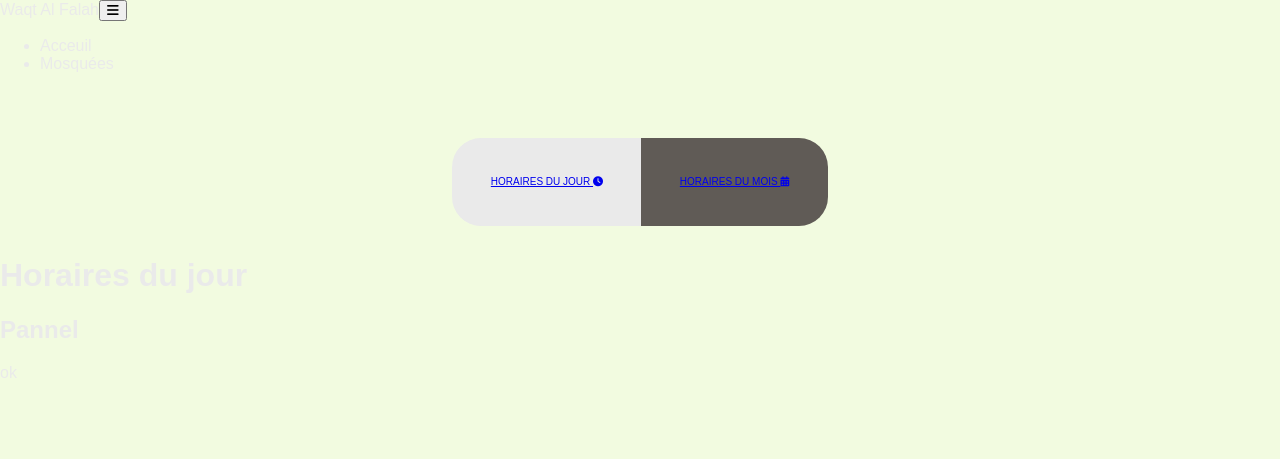
Repository: Lhourquin/Repo-Developpement-React-Prayer-Times
Page: /
The author's editor kept a copy of each file at every save. The page is drawn from the files as they stood at one save, then again after a run of saves.
The browser window is 1280 px wide. The pictures show the whole page.
The page's requests for data from a server got no answer. Some web libraries are served in a nearby version. The project was rebuilt for these pictures with package versions that can differ from the ones it lists, and the page was loaded fresh each time. No one was signed in, and anything a server would have sent is missing. Also part of the build but not shown: src/components/navbar/NavBar.css, src/components/search-bar/searchbar.css, src/components/calendar-list/row-list.css, src/components/calendar-list/row-list.component.jsx, src/components/Calendar.js, src/components/day-list/horaireslist.css, src/components/time-table-pannel/pannel.css, src/components/DateNow.js.

Above is the page before, as saved 2022-01-30 17:22:31.

### public/index.html
<!doctype html>
<html lang="en">
  <head>
    <meta charset="utf-8">
    <meta name="viewport" content="width=device-width, initial-scale=1">
    <!--
      Notice the use of %PUBLIC_URL% in the tag above.
      It will be replaced with the URL of the `public` folder during the build.
      Only files inside the `public` folder can be referenced from the HTML.

      Unlike "/favicon.ico" or "favicon.ico", "%PUBLIC_URL%/favicon.ico" will
      work correctly both with client-side routing and a non-root public URL.
      Learn how to configure a non-root public URL by running `npm run build`.

    -->
    <script src="https://kit.fontawesome.com/565d41f5d4.js" crossorigin="anonymous"></script>
    <title>React App</title>
  </head>
  <body>
    <div id="root"></div>
    <!--
      This HTML file is a template.
      If you open it directly in the browser, you will see an empty page.

      You can add webfonts, meta tags, or analytics to this file.
      The build step will place the bundled scripts into the <body> tag.

      To begin the development, run `npm start`.
      To create a production bundle, use `npm run build`.
    -->
  </body>
</html>

### src/index.js
import React from 'react';
import ReactDOM from 'react-dom';
import App from './App';
import { BrowserRouter } from 'react-router-dom';
import './index.css';


ReactDOM.render(
  <BrowserRouter>
    <App />
  </BrowserRouter>,
  document.getElementById('root')
);

### src/App.js
import React, { Component } from "react";
import { NavBar } from "./components/navbar/NavBar";
import { SearchBar } from "./components/search-bar/SearchBar";
import NavBarTodayAndMounth from "./components/navbar-today-mounth/NavBarTodayAndMounth";
import Calendar from "./components/Calendar";
import Day from "./components/Day";
import { Routes, Route} from "react-router-dom";

//import { HorairesList } from "./components/day-list/horaires.list";
import "./App.css";

class App extends Component {
  render() {
    return (
      <>
      <header>
        <NavBar/>
          <SearchBar/>
          <NavBarTodayAndMounth />
      </header>


          <Routes>
            <Route path="/" element={<Day/>} />
            <Route path="/calendar" element={<Calendar/>}/>
          </Routes>
      </>
    );
  }
}

export default App;

### src/components/navbar/NavBar.js
import React, { useState } from "react";
import "./NavBar.css";

export const NavBar = () => {
  const [buttonBurgerIsClicked, setButtonBurgerIsClicked] = useState(false);

  const handleNavButtonBurgerClick = () => {
    setButtonBurgerIsClicked((isFalse) => !isFalse);
  };

  return (
    <nav className="NavBar__nav" style={(buttonBurgerIsClicked ? {}: {height : 128})}>
        <span className="NavBar__nav__span--site-name">Waqt Al Falah</span>
        <button
          className="NavBar__nav__button--button-burger"
          onClick={handleNavButtonBurgerClick}
        >
          <i className="fas fa-bars web-font NavBar__nav__button__i--button-burger"></i>
        </button>

      <ul
        className={
          "NavBar__nav__ul " +
          (buttonBurgerIsClicked ? "closeNavigation" : "openNavigation ")
        }
      >
        <li className="NavBar__nav__ul__li--home">Acceuil</li>
        <li className="NavBar__nav__ul__li--masjid">Mosquées</li>
      </ul>
    </nav>
  );
};

### src/components/search-bar/SearchBar.js
import React, {useState} from "react";
import "./searchbar.css";

export const SearchBar = ({ handleChange }) => {

  const [toggleInput, setToggleInput] = useState(false);


  return (
    <form className="SearchBar__form">
      {/*
      <div className="SearchBar__form__div--container-parametter-degree">
        <button className="SearchBar__form__div--container__button"><i className="fas fa-ruler-combined"></i></button>
      </div>
      */}
      </form>
  );
};

### src/components/navbar-today-mounth/NavBarTodayAndMounth.js
import React from "react";
import { Link } from "react-router-dom";
import "./navbar-today-and-mounth.css";
const NavBarTodayAndMounth = () => {
  return (
    <nav className="NavBarTodayAndMounth__nav">
      <ul className="NavBarTodayAndMounth__nav__ul">
        <li className="NavBarTodayAndMounth__nav__ul__li--today raise">
          <Link to="/" className="NavBarTodayAndMounth__nav__ul__li__Link">
            HORAIRES DU JOUR                  <i className="fa-solid fa-clock"></i>{" "}

          </Link>
        </li>
        <li className="NavBarTodayAndMounth__nav__ul__li--month raise">
          <Link
            to="/calendar"
            className="NavBarTodayAndMounth__nav__ul__li__Link"
          >
            HORAIRES DU MOIS          <i className="fa-solid fa-calendar-days"></i>

          </Link>
        </li>
      </ul>
    </nav>
  );
};

export default NavBarTodayAndMounth;

### src/components/Day.js
import React, { Component } from "react";
import { HorairesList } from "./day-list/horaireslist.component";
import { Pannel } from "./time-table-pannel/pannel.component";
import CountDown from "./CountDown";


class Day extends Component {
  constructor() {
    super();
    this.state = {
      today: [],
      searchField: "Paris",
    };
  }

  componentDidMount() {
    fetch(
      `https://api.aladhan.com/v1/timingsByCity?country=France&method=2&city=${this.state.searchField}`
    )
      .then((Response) => Response.json())
      .then((result) => this.setState({ today: [result] }));
  }

  render() {
    return (
      <div>
        <h1>Horaires du jour</h1>

        <HorairesList today={this.state.today} />
        <h2>Pannel</h2>
        <Pannel today={this.state.today} searchField={this.state.searchField} />
        <CountDown/>

      </div>
    );
  }
}

export default Day;

### src/App.css
@import url('https://fonts.googleapis.com/css2?family=Nunito:wght@200&display=swap');
body{
  background : #F2FBE0;
  background-attachment: fixed;
  color : #EAEAEA;
  font-family: 'Nunito', sans-serif;
  margin : 0;
}

### src/components/navbar-today-mounth/navbar-today-and-mounth.css
.NavBarTodayAndMounth__nav {
  display: -webkit-box;
  display: -ms-flexbox;
  display: flex;
  -webkit-box-pack: center;
      -ms-flex-pack: center;
          justify-content: center;
}

.NavBarTodayAndMounth__nav .NavBarTodayAndMounth__nav__ul {
  list-style: none;
  display: -webkit-box;
  display: -ms-flexbox;
  display: flex;
  -webkit-box-pack: center;
      -ms-flex-pack: center;
          justify-content: center;
  padding: 0%;
  font-size: 10px;
  width: 100%;
  text-align: center;
}

.NavBarTodayAndMounth__nav .NavBarTodayAndMounth__nav__ul .NavBarTodayAndMounth__nav__ul__li__Link-today {
  -webkit-text-decoration-line: none;
          text-decoration-line: none;
  color: #605b56;
}

.NavBarTodayAndMounth__nav .NavBarTodayAndMounth__nav__ul .NavBarTodayAndMounth__nav__ul__li__Link-mounth {
  -webkit-text-decoration-line: none;
          text-decoration-line: none;
  color: #eaeaea;
}

.NavBarTodayAndMounth__nav .NavBarTodayAndMounth__nav__ul .NavBarTodayAndMounth__nav__ul__li--today {
  border-top: 0;
  border-bottom: 0;
  border-left: 0;
  border-right: 0;
  border-style: solid;
  border-radius: 29px 0 0 29px;
  padding: 3%;
  background-color: #eaeaea;
}

.NavBarTodayAndMounth__nav .NavBarTodayAndMounth__nav__ul .NavBarTodayAndMounth__nav__ul__li--month {
  border-top: 0;
  border-bottom: 0;
  border-left: 0;
  border-right: 0;
  border-style: solid;
  border-radius: 0 29px 29px 0;
  padding: 3%;
  background-color: #605b56;
}
/*# sourceMappingURL=navbar-today-and-mounth.css.map */

### src/components/day-list/horaireslist.component.jsx
import React from "react";
import "./horaireslist.css";
export const HorairesList = (props) => {
  //console.log(props.map(x=> x.data.data.timings.Fajr))
  return (
    <div>
      {props.today.map((obj, index) => (
        <div key={index}>
          <p>{obj.data.date.gregorian.date}</p>
          <p>{obj.data.timings.Fajr}</p>
          <p>{obj.data.timings.Sunrise}</p>
          <p>{obj.data.timings.Dhuhr}</p>
          <p>{obj.data.timings.Asr}</p>
          <p>{obj.data.timings.Maghrib}</p>
          <p>{obj.data.timings.Isha}</p>
        </div>
      ))}
    </div>
  );
};

### src/components/time-table-pannel/pannel.component.jsx
import React from "react";
import "./pannel.css";
import DateNow from "../DateNow";
export const Pannel = (props) => {

  return (
    <div>
      {props.today.map((obj, index) => (
        <div className="pannel" key={index}>
          <h2>{props.searchField}</h2>
          <DateNow/>
          <p>{obj.data.date.gregorian.date}</p>
          <p>{obj.data.timings.Fajr}</p>
          <p>{obj.data.timings.Sunrise}</p>
          <p>{obj.data.timings.Dhuhr}</p>
          <p>{obj.data.timings.Asr}</p>
          <p>{obj.data.timings.Maghrib}</p>
          <p>{obj.data.timings.Isha}</p>
        </div>
      ))}
    </div>
  );
};

### src/components/CountDown.js
import moment from "moment";
import React, { Component } from "react";

class CountDown extends Component {
  constructor() {
    super();
    this.state = {
      fajr: moment([7, 0], "HH:mm"),
    };
  }

  render() {
    return (
    <div>ok{console.log(this.state.fajr)}</div>
    )
  }

  /* let eventTime= 1366549200; // Timestamp - Sun, 21 Apr 2013 13:00:00 GMT
let currentTime = 1366547400; // Timestamp - Sun, 21 Apr 2013 12:30:00 GMT
let diffTime = eventTime - currentTime;
let duration = moment.duration(diffTime*1000, 'milliseconds');
let interval = 1000;

setInterval(function(){
  duration = moment.duration(duration - interval, 'milliseconds');
    $('.countdown').text(duration.hours() + ":" + duration.minutes() + ":" + duration.seconds())
}, interval);*/
}

export default CountDown;

Loaded but not shown: src/index.css (common file)

After the next 3 saves:
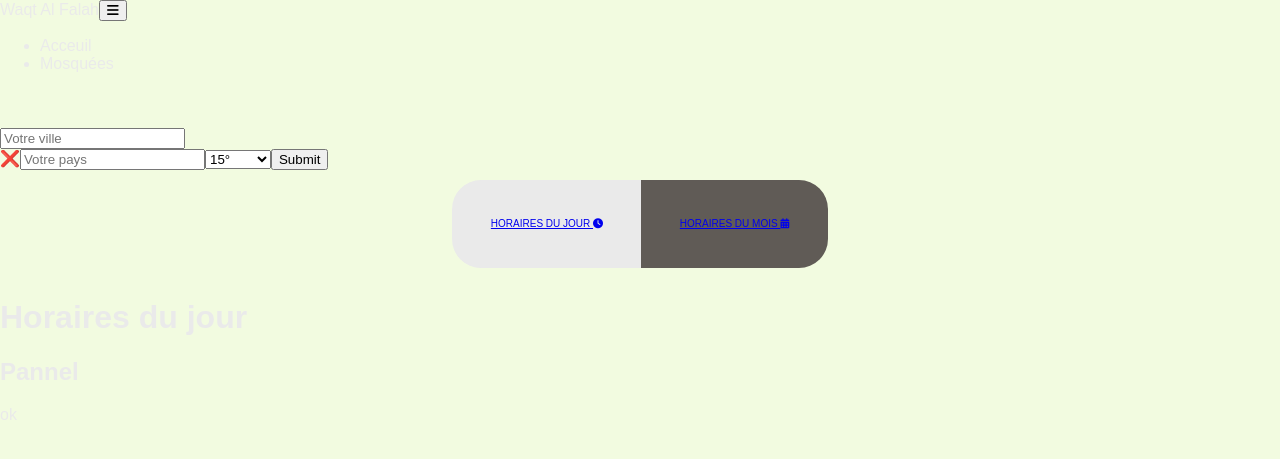
The 3 saves are shown as one change because 2 did not build or start.
The last was saved 96 s later.
--- a/src/components/search-bar/SearchBar.js
+++ b/src/components/search-bar/SearchBar.js
@@ -5,6 +5,14 @@ export const SearchBar = ({ handleChange }) => {
 
   const [toggleInput, setToggleInput] = useState(false);
 
+  const handleToggle = () => {
+    console.log(toggleInput);
+    setToggleInput(true);
+}
+
+const closeSearch = () => {
+  setToggleInput(false);
+}
 
   return (
     <form className="SearchBar__form">
@@ -13,6 +21,25 @@ export const SearchBar = ({ handleChange }) => {
         <button className="SearchBar__form__div--container__button"><i className="fas fa-ruler-combined"></i></button>
       </div>
       */}
+      <div className="form__div--find-city-container">
+            <input className="form__input--city"
+            type="text" name="city"
+            placeholder={toggleInput ? "Trouvez votre ville" : "Votre ville"}
+            onClick={handleToggle}/>
+
+        </div>
+        <div className={toggleInput ? "isOpen" :" isClose"}>
+            <span className="cross"
+            onClick={closeSearch}>❌</span>
+            <input className="form__input--country" type="text" name="country" placeholder="Votre pays"/>
+            <select>
+                <option>15°</option>
+                <option>Medine</option>
+                <option>Shafi'i</option>
+                <option>Mecca</option>
+            </select>
+            <button>Submit</button>
+        </div>
       </form>
   );
 };
